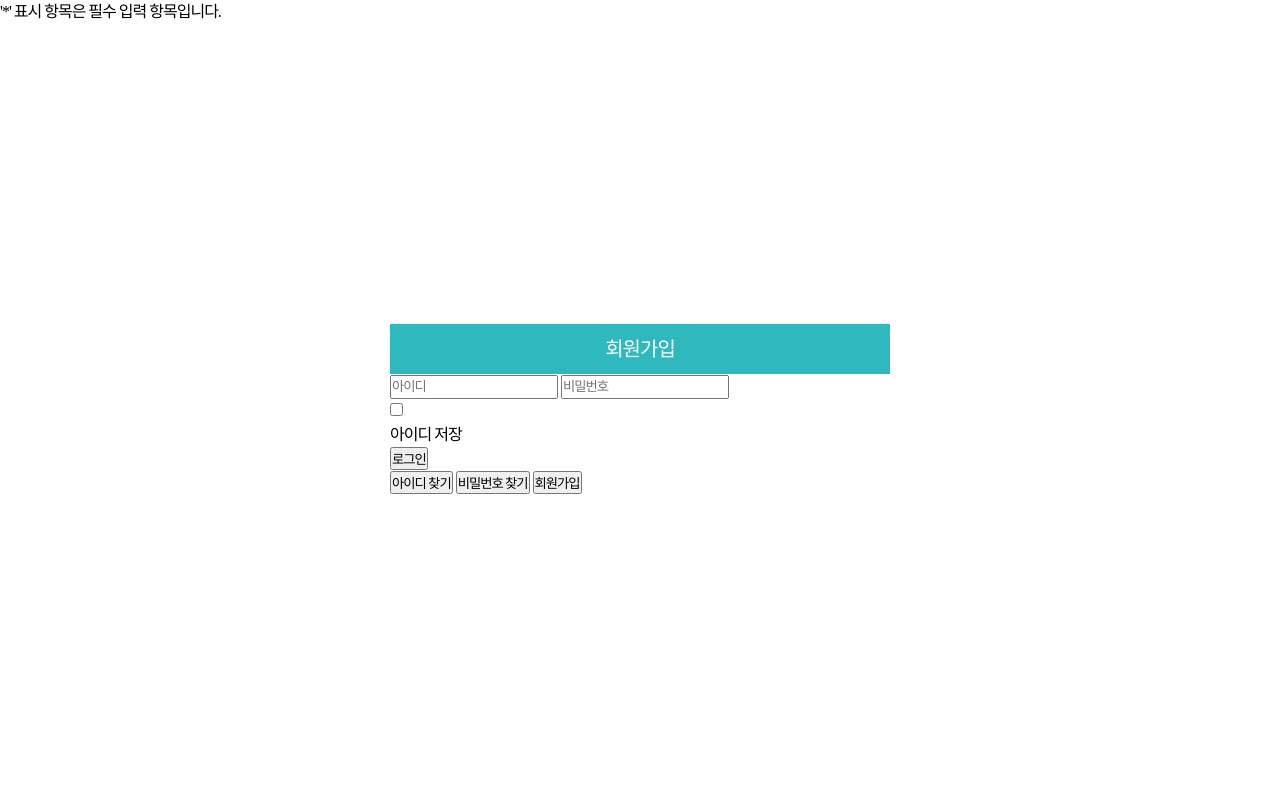
Repository: InhoKang92/jsp_1018
Page: http://localhost/Web_01/join.jsp
These files come from the project's save history. The page is drawn as it stood at one moment and after the next save; the edit follows.
The browser window is 1280 px wide. The pictures show the whole page.
Some web fonts or font styles are not loaded; a fallback is used. The page is served by Tomcat 9.

Above is the page before, as saved 2024-10-16 01:57:54.

After the next save:
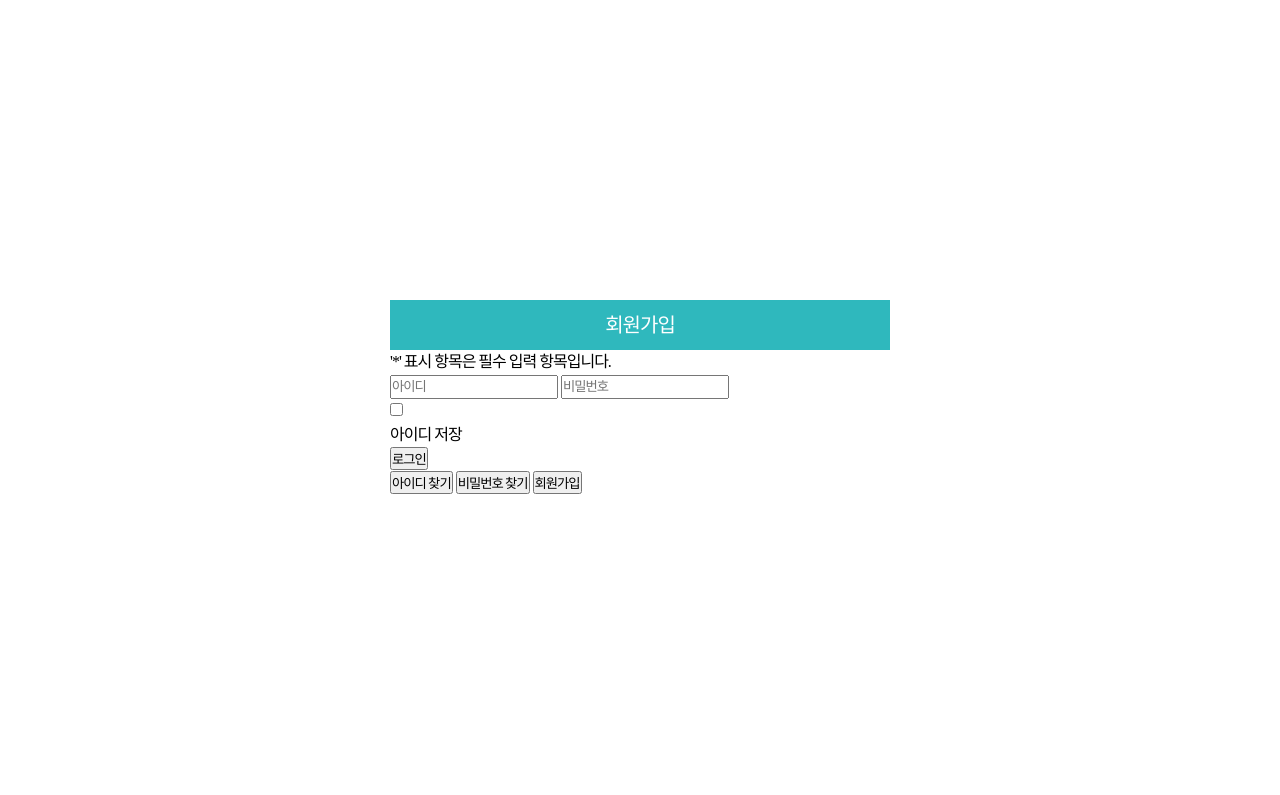
Saved 14 s later.
--- a/Web_01/src/main/webapp/join.jsp
+++ b/Web_01/src/main/webapp/join.jsp
@@ -14,9 +14,10 @@ pageEncoding="UTF-8"%>
 
 
       <form method="post" name="frm">
-      	'*' 표시 항목은 필수 입력 항목입니다.
+
         <div class="join_box">
             <div class="title_box">회원가입</div>
+            '*' 표시 항목은 필수 입력 항목입니다.
             <div class="input_box">
                 <input class="id_input" type="text" placeholder="아이디" name="userid">
                 <input class="pw_input" type="password" placeholder="비밀번호" name="pwd">
